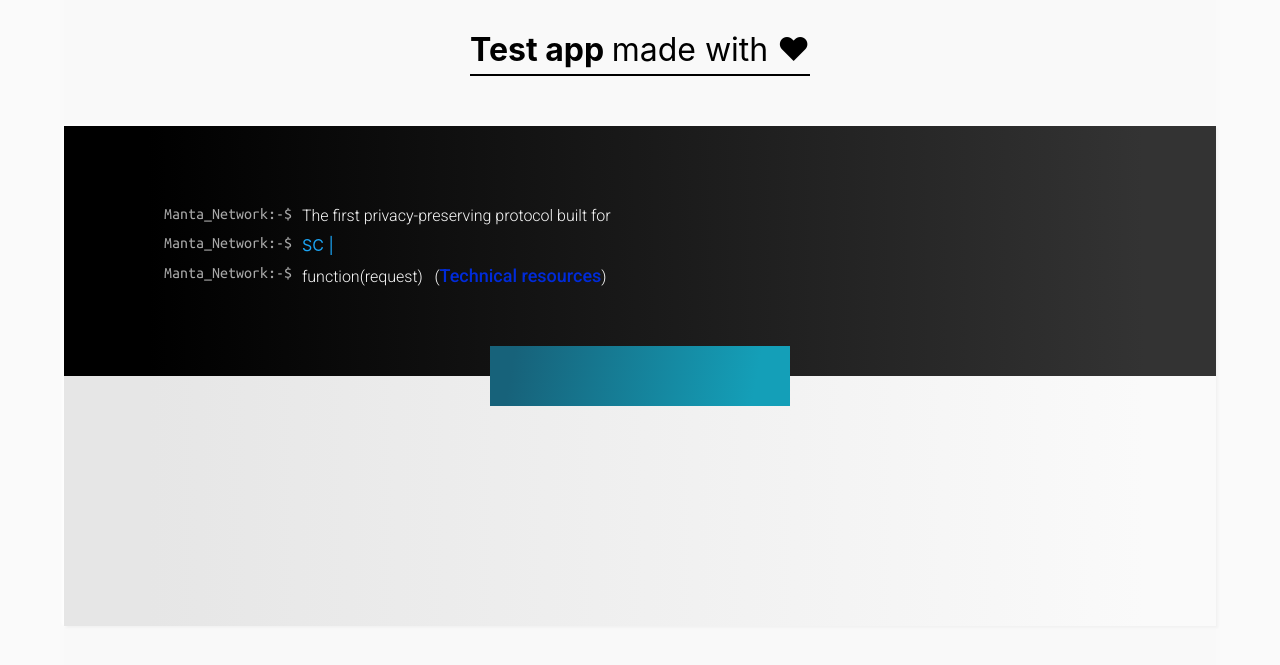
Repository: Khattak01/test-app
Page: /
An editor plug-in stored every save of this project. The page is shown before and after a run of saves, followed by the edit.
The browser window is 1280 px wide. The pictures show the whole page.
The project was rebuilt for these pictures with package versions that can differ from the ones it lists, and the page was loaded fresh each time.

Above is the page before, as saved 2021-05-12 08:28:37.

After the next 2 saves:
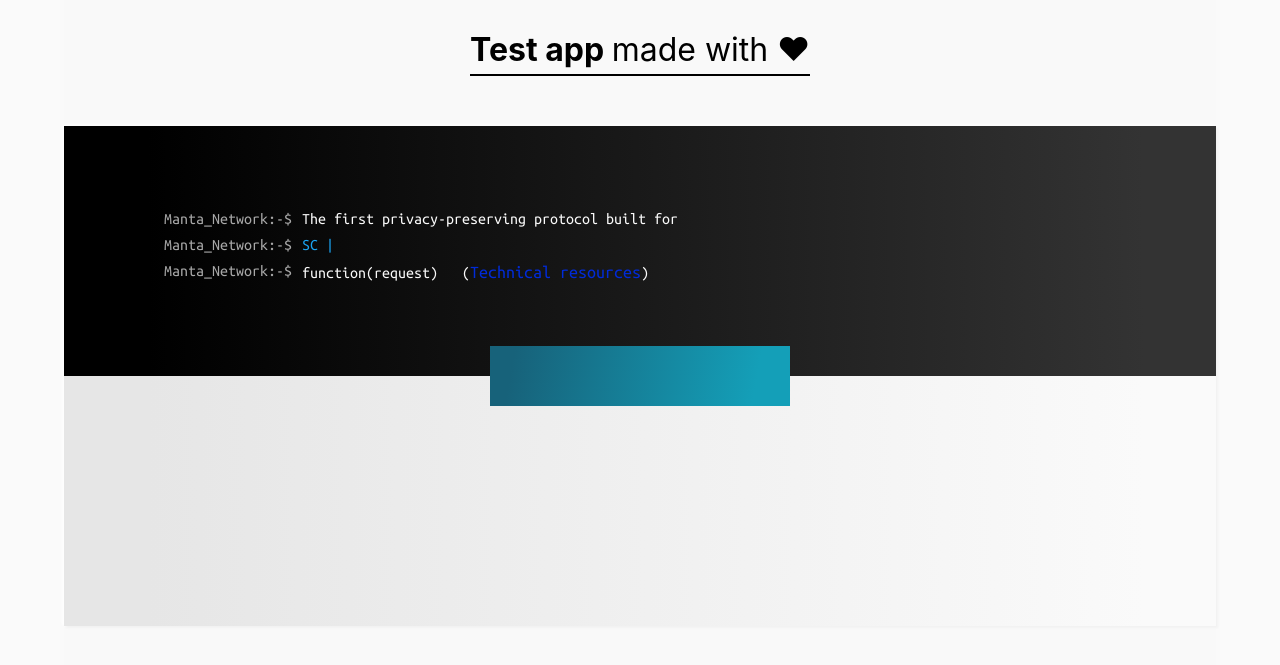
The 2 saves are shown as one change because they came seconds apart.
The last was saved 35 s later.
--- a/src/components/banner/Banner.module.css
+++ b/src/components/banner/Banner.module.css
@@ -19,6 +19,7 @@
 
 .text_box p{
   margin-left: 10px;
+  font-family: var(--font-heading);
 }
 .banner__top{
   background-image: var(--color-dark);
